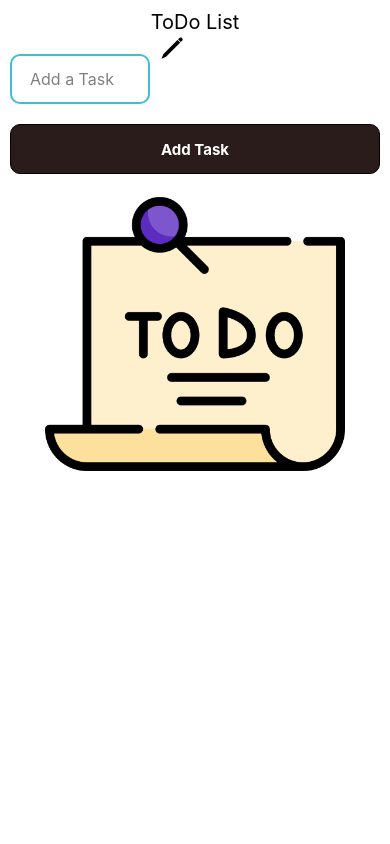
Repository: raisingh22/Projects
Screen: /
The author's editor kept a copy of each file at every save. The screen is drawn from the files as they stood at one save, then again after a run of saves.
The app was drawn by React Native's web renderer in a window 390 px wide. The project was rebuilt for these pictures with package versions that can differ from the ones it lists, and the page was loaded fresh each time.

Above is the screen before, as saved 2024-01-22 14:06:57.

After the next 2 saves:
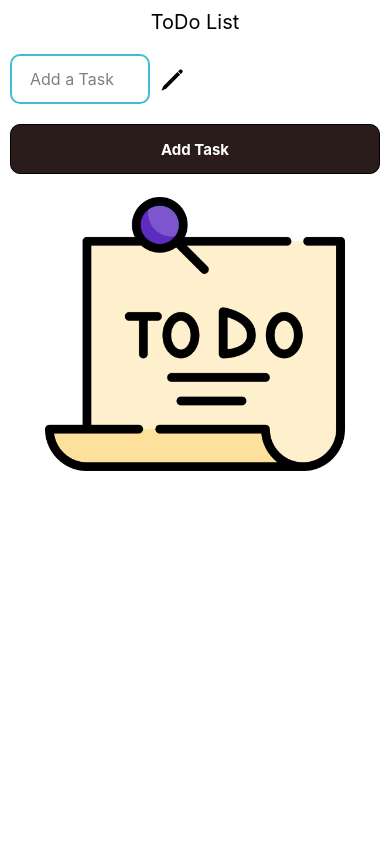
The 2 saves are shown as one change because they came seconds apart.
The last was saved 9 s later.
--- a/src/ToDoList/screens/ToDo.js
+++ b/src/ToDoList/screens/ToDo.js
@@ -69,7 +69,8 @@ const ToDo = () => {
       }}>ToDo List</Text>
       <View style={{
         flexDirection:'row',
-        width:"50%"
+        width:"50%",
+        alignItems:'center'
       }}>
       <TextInput
         placeholder="Add a Task"
